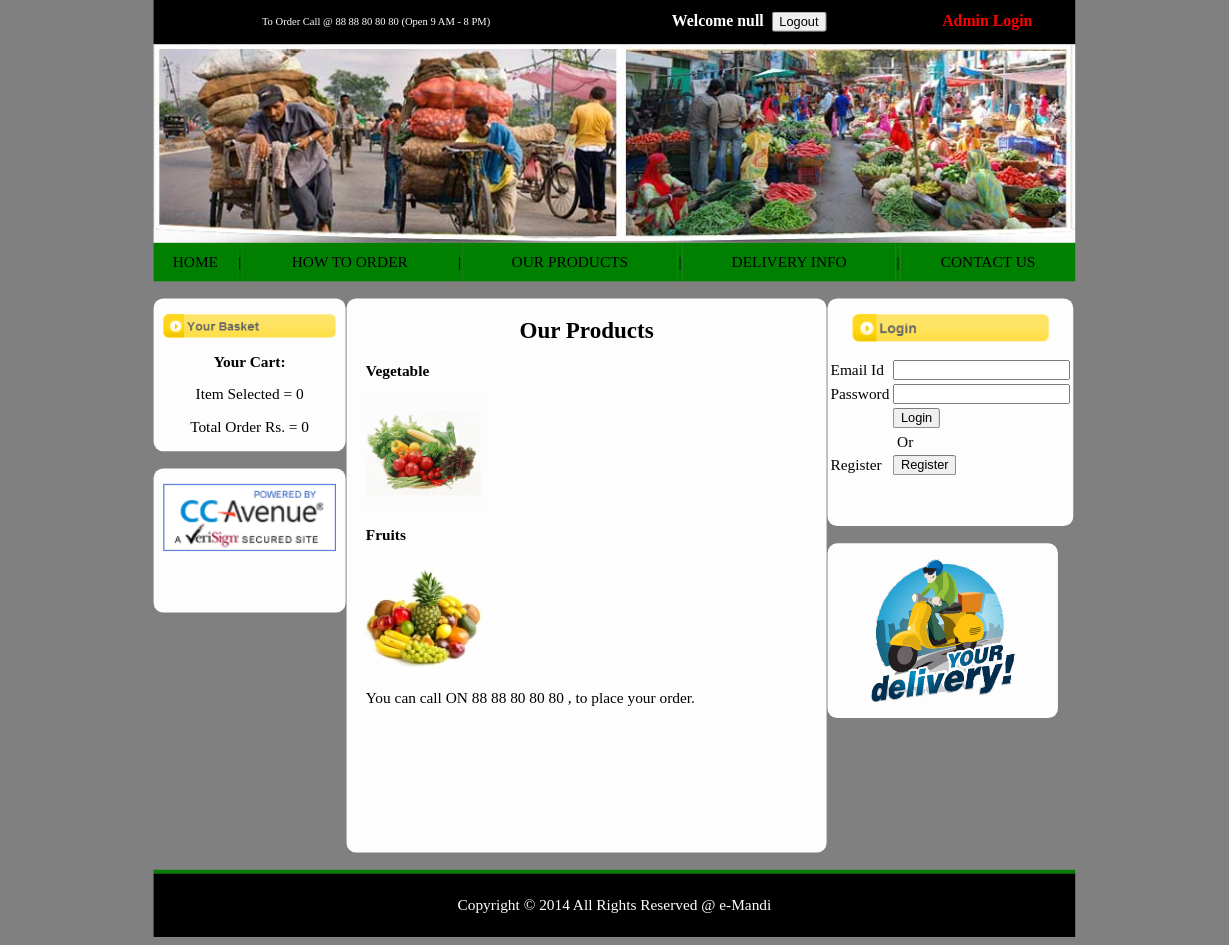
Repository: aashi12/e_mandi
Page: http://localhost/e_mandi/ourProducts11.jsp
The author's editor kept a copy of each file at every save. The page is drawn from the files as they stood at one save, then again after the next save.
The browser window is 1280 px wide. The pictures show the whole page, at 96% of full size.
The page is served by Tomcat 9. Other server files are loaded and not shown.

Above is the page before, as saved 2014-04-18 13:03:56.

### e_mandi/WebContent/ourProducts11.jsp
<%@ page language="java" contentType="text/html; charset=ISO-8859-1"
    pageEncoding="ISO-8859-1"%>
<!DOCTYPE html PUBLIC "-//W3C//DTD HTML 4.01 Transitional//EN" "http://www.w3.org/TR/html4/loose.dtd">
<html>
<head>
<meta http-equiv="Content-Type" content="text/html; charset=ISO-8859-1">
<title>Online e-Mandi</title>
<link rel="stylesheet" href="style.css" />
</head>
<body bgcolor="gray">
<div id="container">
<div id="main">
<table border="0" width="960" height="255" cellspacing="0" cellpadding="0">
<tr>
<td height="30" bgcolor="black" class="order">
<table border="0" width="960" height="30" cellspacing="0" cellpadding="0">
<tr>
<td align="center"><p>To Order Call @ 88 88 80 80 80 (Open 9 AM - 8 PM)</p></td>
<td align="center">
<!-- user login details -->
<%
String usd =(String)session.getAttribute("user");
out.print("<h2>Welcome "+usd); %>&nbsp;
<a href="Logout1"><input type="button" value="Logout"></a></h2> </td>
<td align="center"><h2 class="admin"><a href="#">Admin Login</a></h2></td>
</tr></table></td>
</tr>
<tr>
<td class="bann">
<!--  banner -->
</td>
</tr>
</table>
<table border="0" width="960" height="40" cellspacing="0" cellpadding="0">
<tr bgcolor="green">
<td align="center" class="tab"><a href="SuccessLogin.jsp">HOME</a></td>
<td align="center" class="tab">|</td>
<td align="center" class="tab"><a href="howToOrder11.jsp">HOW TO ORDER</a></td>
<td align="center" class="tab">|</td>
<td align="center" class="tab"><a href="ourProducts11.jsp">OUR PRODUCTS</a></td>
<td align="center" class="tab">|</td>
<td align="center" class="tab"><a href="deliveryInfo11.jsp">DELIVERY INFO</a></td>
<td align="center" class="tab">|</td>
<td align="center" class="tab"><a href="contactUs11.jsp">CONTACT US</a></td>
</tr>
</table>
<br/>
<table border="0" width="960" height="auto" cellspacing="0" cellpadding="0">
<tr>
<td width="200" valign="top">
<table class="basket" width="200" height="150" cellspacing="0" cellpadding="0" bgcolor="#fefdfd">
<tr>
<td align="center" valign="top">
<p><img src="images/basket.png" width="180"/></p>
<p class="bask"><b>Your Cart:</b></p>
<p>Item Selected = <% Integer a=(Integer)session.getAttribute("count");
if(a==null)
	 {
		 a=new Integer(0);

	 }

%> <%= a.intValue() %></p>
<p>Total Order Rs. = <%   Integer amu=(Integer)session.getAttribute("amount");
if(amu==null)
	 {
		 amu=new Integer(0);

	 }
%>
<%= amu %>
</p>

</td>
</tr>
</table>
&nbsp;
<table class="basket" width="200" height="150" cellspacing="0" cellpadding="0" bgcolor="#fefdfd">
<tr>
<td align="center" valign="top">
<p><img src="images/ccav.gif" width="180"/></p>
</td>
</tr>
</table>
</td>
<td width="560" align="center" valign="top">
<table class="basket" border="0" width="500" height="150" cellspacing="0" cellpadding="0" bgcolor="#fefdfd">
<tr>
<td  valign="top">
<h2 align="center">Our Products</h2>
<div id="con1">
<p><b>Vegetable</b></p>
<p><img alt="Vegetable" src="images/Vegetables.gif"></p>
<p><b>Fruits</b></p>
<p><img alt="Fruits" src="images/Fruits.jpg"></p>
<p>You can call ON    88 88 80 80 80 , to place your order.</p>

<p>&nbsp;</p>
<p>&nbsp;</p>
<p>&nbsp;</p>
<p>&nbsp;</p>
</div>
</td>
</tr>
</table>

</td>
<td width="300" valign="top">
<table border="0" class="basket" width="200" height="150" cellspacing="0" cellpadding="0" bgcolor="#fefdfd">
<tr>
<td align="center">
<p><img src="images/login.png" /></p>
<form action="Validate" method="post">
<table width="240">
<tr>
<td>Email Id</td>
<td><input type="text" name="email"></td>
</tr>
<tr>
<td>Password</td>
<td><input type="password" name="pass"></td>
</tr>
<tr>
<td></td>
<td><input type="submit" value="Login"></td>
</tr>

<tr>
<tr>
<td>&nbsp;</td>
<td>&nbsp;Or</td>
</tr>
</form>
<tr>
<td>Register
<p>&nbsp;</p></td>
<td><a href="Register.jsp"><input type="button" value="Register"></a>
<p>&nbsp;</p>
</td>
</tr>
</table>
</td>
</tr>
</table>
&nbsp;
<table border="0" class="basket" width="240" height="150" cellspacing="0" cellpadding="0" bgcolor="#fefdfd">
<tr>
<td align="center">
<p><img src="images/free.png" width="150" height="150" /></p>
</td>
</tr>
</table>
</td>
</tr>
</table>
&nbsp;
<table border="0" width="960" height="70" cellspacing="0" cellpadding="0">
<tr>
<td height="4" bgcolor="green"></td>
</tr>
<tr>
<td height="65" bgcolor="black" align="center" class="foot">
<p>Copyright &copy; 2014 All Rights Reserved @ e-Mandi</p>
</td>
</tr>
</table>
</div>
</div>
</body>
</html>

### e_mandi/WebContent/style.css
#container{margin-top:-10px;}
#main{margin: 0px auto;width:960px;}
.tab{color:#000;text-decoration:none;}
.tab a{color:#000;text-decoration:none;}
.tab a:hover{color:#fff;text-decoration:none;}
.tab12{color:#fff;text-decoration:none;}
.tab12 a{color:#fff;text-decoration:none;}
.tab12 a:hover{color:red;text-decoration:none;}
.bann{background-image: url(images/header.jpg);}
.order{color:#fff; font-size:11px;}
.free{padding-left:400px;}
.logo{padding-bottom:50px;}
.basket{border-radius:10px;}
.foot{color:#fff;}
.cat{color:#000;text-decoration:none;}
.cat a{color:red;text-decoration:none;}
.cat a:hover{color:green;text-decoration:none;}
.admin{color:red;text-decoration:none; }
.admin a{color:red; text-decoration:none;}
.admin a:hover{color:#fff;text-decoration:none; }
#con1{padding-left:20px;padding-right:20px;}
img{border:none;}
a{text-decoration:none;}
.log a{text-decoration:none;}
.section a{color:green;text-decoration:none;}
.section a:hover{color:red;text-decoration:none;}
.quick{color:green;text-decoration:underline;}
#login
{
	text-align:center;

}

After the next save:
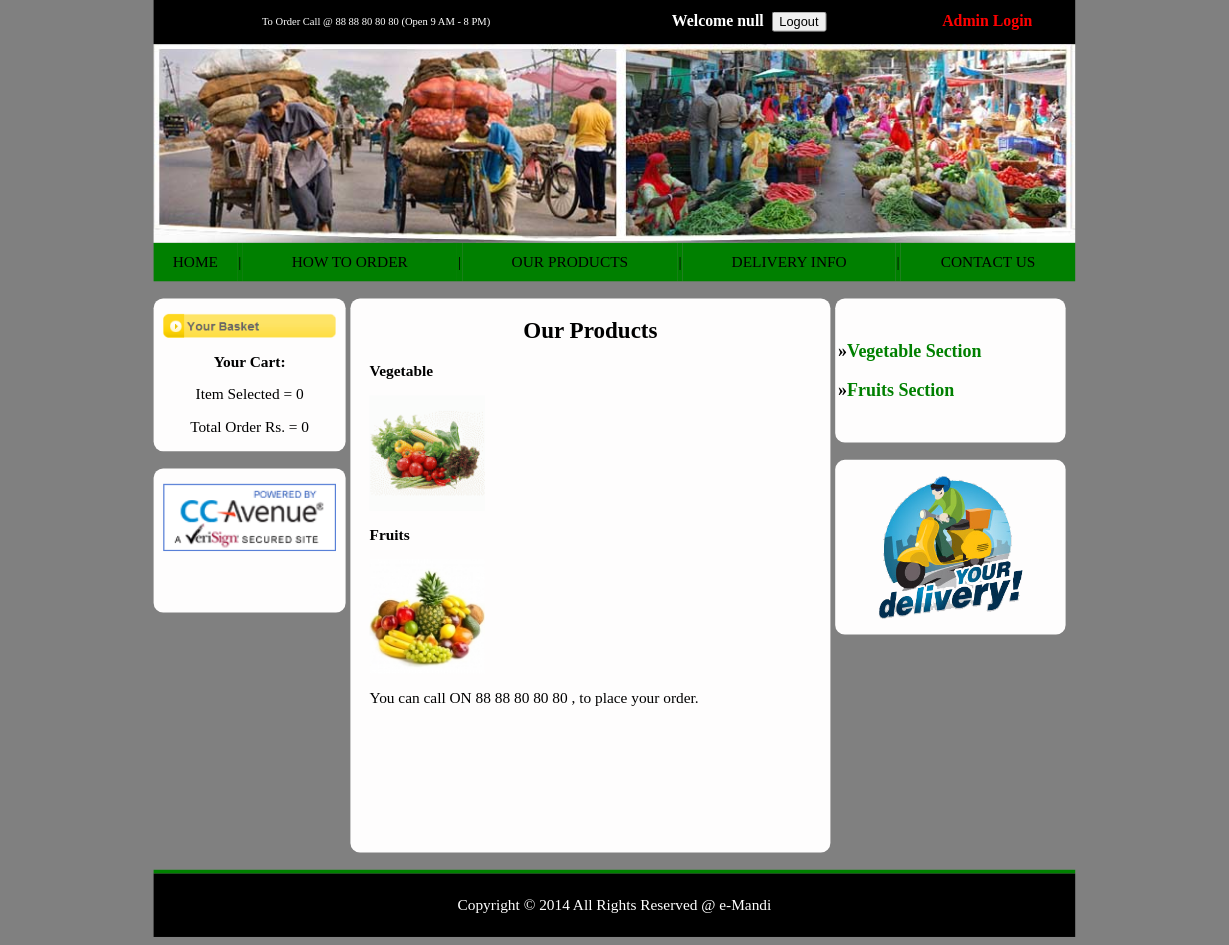
Saved 103 s later.
--- a/e_mandi/WebContent/ourProducts11.jsp
+++ b/e_mandi/WebContent/ourProducts11.jsp
@@ -109,33 +109,11 @@ if(amu==null)
 <table border="0" class="basket" width="200" height="150" cellspacing="0" cellpadding="0" bgcolor="#fefdfd">
 <tr>
 <td align="center">
-<p><img src="images/login.png" /></p>
-<form action="Validate" method="post">
 <table width="240">
 <tr>
-<td>Email Id</td>
-<td><input type="text" name="email"></td>
-</tr>
-<tr>
-<td>Password</td>
-<td><input type="password" name="pass"></td>
-</tr>
-<tr>
-<td></td>
-<td><input type="submit" value="Login"></td>
-</tr>
-
-<tr>
-<tr>
-<td>&nbsp;</td>
-<td>&nbsp;Or</td>
-</tr>
-</form>
-<tr>
-<td>Register
-<p>&nbsp;</p></td>
-<td><a href="Register.jsp"><input type="button" value="Register"></a>
-<p>&nbsp;</p>
+<td>
+<h3 class="section">&#187;<a href="vegitable.jsp">Vegetable Section</a></h3>
+<h3 class="section">&#187;<a href="fruits.jsp">Fruits Section</a></h3>
 </td>
 </tr>
 </table>
